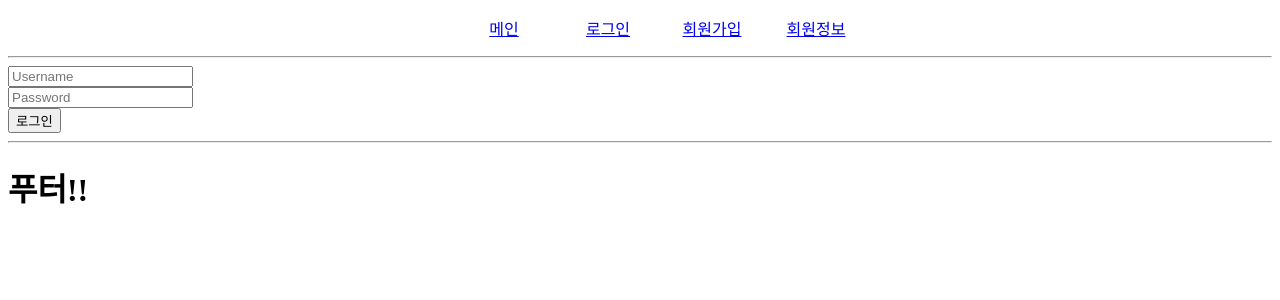
Repository: design-view/jsp-work
Page: http://localhost/cos/login.jsp
These files come from the project's save history. The page is drawn as it stood at one moment and after the next save; the edit follows.
The browser window is 1280 px wide. The pictures show the whole page.
The page is served by Tomcat 9.

Above is the page before, as saved 2020-08-22 07:07:11.

After the next save:
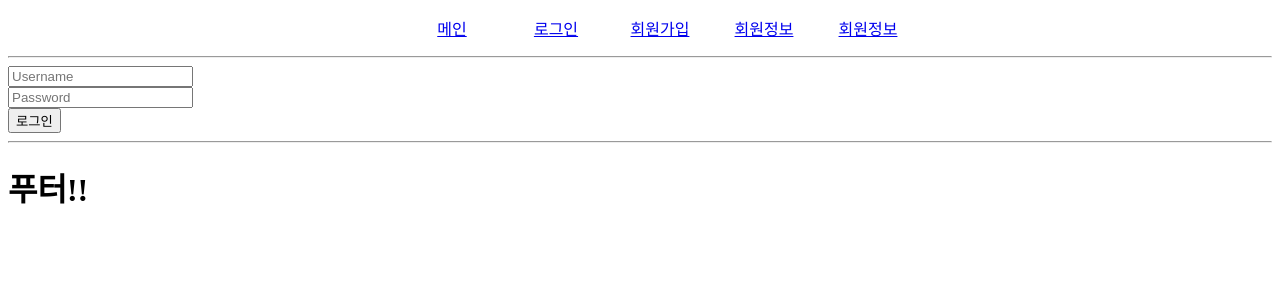
Saved 3 min 41 s later.
--- a/cos/WebContent/layout/header.jsp
+++ b/cos/WebContent/layout/header.jsp
@@ -18,5 +18,6 @@
 		<li><a href="login.jsp">로그인</a></li>
 		<li><a href="join.jsp">회원가입</a></li>
 		<li><a href="info.jsp">회원정보</a></li>
+		<li><a href="logout.jsp">회원정보</a></li>
 	</ul>
 	<hr/>
